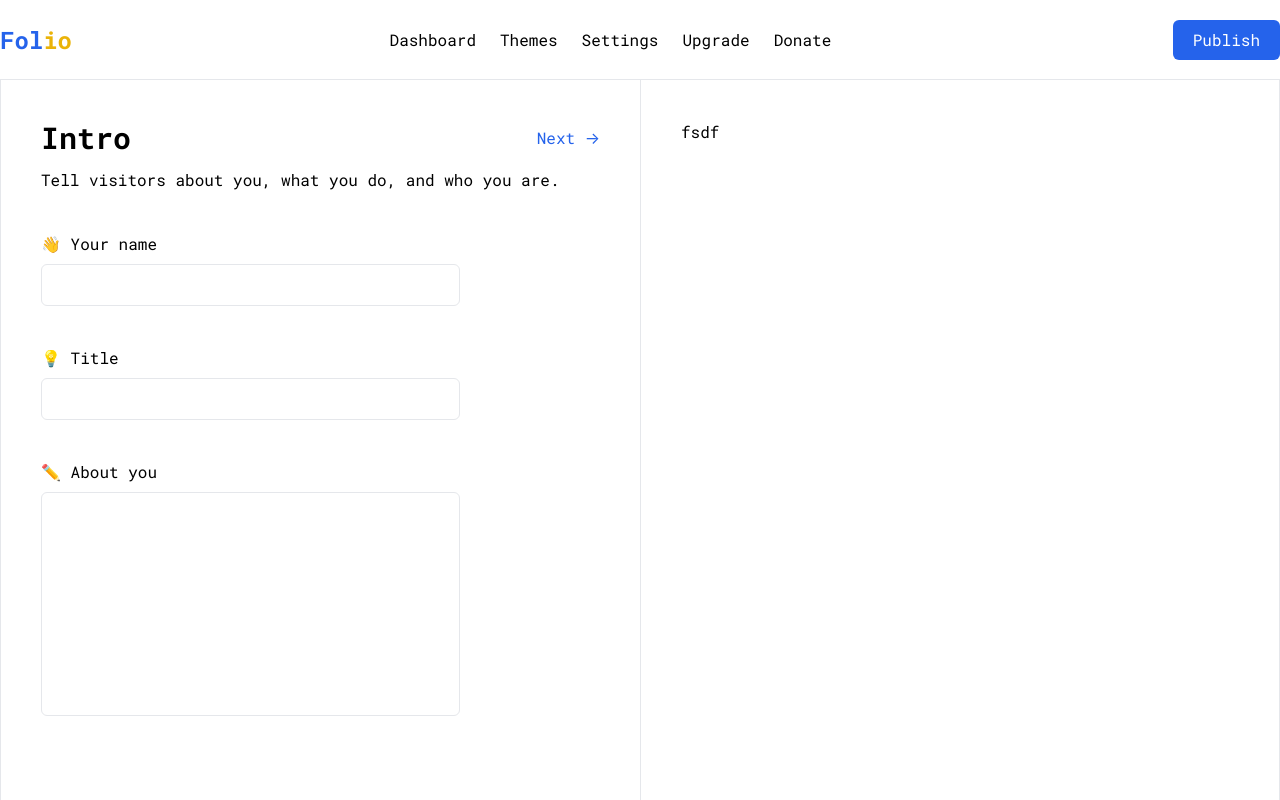
Repository: langford-dev/follio
Page: /
The author's editor kept a copy of each file at every save. The page is drawn from the files as they stood at one save, then again after the next save.
The browser window is 1280 px wide. The pictures show the whole page.
The project was rebuilt for these pictures with package versions that can differ from the ones it lists, and the page was loaded fresh each time. The framework's server and built-in components were replaced by stand-ins that run in the browser. Also part of the build but not shown: next.config.js, components/views/skillsView.js, components/views/socialsView.js.

Above is the page before, as saved 2022-03-19 11:45:34.

### pages/_app.js
import { AppProvider } from '../context/context'
import '../styles/globals.css'

function MyApp({ Component, pageProps }) {
  return <AppProvider>
    <Component {...pageProps} />
  </AppProvider>
}

export default MyApp

### pages/index.js
import EditView from '../components/body'
import Header from '../components/header'

export default function Home() {
  return <div>
    <Header />
    <EditView />
  </div>
}

### context/context.js
import { useState } from "react"
import { createContext, useEffect } from "react"

export const AppContext = createContext()

export const AppProvider = ({ children }) => {
    const [viewCount, setViewCount] = useState(0)
    const maxViewCount = 2

    const next = () => {
        setViewCount(viewCount + 1)
        console.log('next', viewCount)
    }

    const previous = () => {
        setViewCount(viewCount - 1)
        console.log('previous', viewCount)
    }

    return <AppContext.Provider value={{
        viewCount,
        next,
        previous,
        maxViewCount
    }}>
        {children}
    </AppContext.Provider>
}

### styles/globals.css
/* @import url('https://fonts.googleapis.com/css2?family=Poppins:wght@300;400;500;600;700;800&display=swap'); */
@import url('https://fonts.googleapis.com/css2?family=Roboto+Mono:wght@100;200;300;400;500;600;700&display=swap');

@tailwind base;
@tailwind components;
@tailwind utilities;


html,
body {
  /* background: #e2e8f013; */
  padding: 0;
  margin: 0;
}

a {
  color: inherit;
  text-decoration: none;
}

* {
  box-sizing: border-box;
  font-family: "Roboto Mono", -apple-system, BlinkMacSystemFont, Segoe UI, Roboto, Oxygen,
    Ubuntu, Cantarell, Fira Sans, Droid Sans, Helvetica Neue, sans-serif;
}

### components/body.js
import { useState, useContext } from "react"
import { AppContext } from "../context/context"
import { styles } from "../styles/styles"
import IntroView from "./views/introView"
import SkillsView from "./views/skillsView"
import SocialsView from "./views/socialsView"
import ViewTitle from "./viewTitle"

// const styles = {
//     pageView: `m-auto max-w-screen-xl h-screen pt-20`,
//     flexView: `flex h-screen`,
//     editingView: `w-1/2 p-10 border-l`,
//     preview: `border-l w-1/2 p-10 border-r`,
//     inputContainer: `flex flex-col mt-10`,
//     input: `border p-2 outline-none mt-2 w-9/12 rounded-md`,
//     textArea: `border p-2 outline-none mt-2 w-9/12 rounded-md resize-none h-56`,
//     label: ``,
// }

const EditView = () => {
    const { previous, next, viewCount } = useContext(AppContext)

    const dynamicViews = () => {
        switch (viewCount) {
            case 0:
                return <IntroView />
                break;

            case 1:
                return <SkillsView />
                break;

            case 2:
                return <SocialsView />
                break;

            default:
                break;
        }
    }

    return <div className={styles.pageView}>
        <div className={styles.flexView}>
            {dynamicViews()}
            <div className={styles.preview}>fsdf</div>
        </div>
    </div>
}

export default EditView

### components/header.js
import Link from "next/link"
import Logo from "./logo"

const styles = {
    header: `border-b h-20 bg-white fixed w-screen top-0 left-0`,
    headerWrapper: `m-auto max-w-screen-xl h-full flex items-center justify-between`,
    button: `select-none bg bg-blue-600 text-white h-10 px-5 flex items-center justify-center rounded-md cursor-pointer`,
    nav: `flex`,
    navLink: `mr-6 hover:text-blue-600 cursor-pointer`,
}

const Header = () => {
    return <header className={styles.header}>
        <div className={styles.headerWrapper}>
            <Logo />
            <nav className={styles.nav}>
                <Link passHref={true} href="/"><p className={styles.navLink}>Dashboard</p></Link>
                <Link passHref={true} href="/"><p className={styles.navLink}>Themes</p></Link>
                <Link passHref={true} href="/"><p className={styles.navLink}>Settings</p></Link>
                <Link passHref={true} href="/"><p className={styles.navLink}>Upgrade</p></Link>
                <Link passHref={true} href="/"><p className={styles.navLink}>Donate</p></Link>
            </nav>
            <div className="flex items-center">
                <div className={styles.button}>Publish</div>
            </div>
        </div>
    </header>
}

export default Header

### styles/styles.js
export const styles = {
    pageView: `m-auto max-w-screen-xl h-screen pt-20`,
    flexView: `flex h-screen`,
    editingView: `w-1/2 p-10 border-l`,
    preview: `border-l w-1/2 p-10 border-r`,
    inputContainer: `flex flex-col mt-10`,
    input: `border p-2 outline-none mt-2 w-9/12 rounded-md`,
    textArea: `border p-2 outline-none mt-2 w-9/12 rounded-md resize-none h-56`,
    label: ``,
}

### components/views/introView.js
import { styles } from "../../styles/styles"
import ViewTitle from "../viewTitle"

const IntroView = () => {
    return <div className={styles.editingView}>
        <ViewTitle title="Intro" subtitle="Tell visitors about you, what you do, and who you are." />

        <div className={styles.inputContainer}>
            <label className={styles.label}>👋 Your name</label>
            <input type="text" className={styles.input} />
        </div>
        <div className={styles.inputContainer}>
            <label className={styles.label}>💡 Title</label>
            <input type="text" className={styles.input} />
        </div>
        <div className={styles.inputContainer}>
            <label className={styles.label}>✏️ About you</label>
            <textarea type="text" className={styles.textArea} />
        </div>
    </div>
}

export default IntroView

### components/viewTitle.js
import { useContext } from "react"
import { AppContext } from "../context/context"

const styles = {
    title: `text-3xl font-bold`,
    textButton: `text-blue-600 cursor-pointer select-none`,
    pageTitleView: `flex items-center justify-between`,
}

const ViewTitle = ({ title, subtitle }) => {
    const { previous, next, viewCount, maxViewCount } = useContext(AppContext)

    return <div>
        <div className={styles.pageTitleView}>
            <p className={styles.title}>{title}</p>
            <div className="flex">
                {
                    viewCount > 0 ? <p className={styles.textButton} onClick={() => previous()}>&larr; Previous</p> : <div></div>
                }

                {
                    viewCount < maxViewCount ? <div className="flex">
                        <div className="mx-7" />
                        <p className={styles.textButton} onClick={() => next()}>Next &rarr;</p>
                    </div> : <div></div>
                }
            </div>
        </div>
        <p className="mt-3 mb-5">{subtitle}</p>
    </div>
}

export default ViewTitle

### components/logo.js
const Logo = () => {
    return <p className="font-bold text-2xl text-blue-600">Fol<span className="text-yellow-500">io</span></p>
}

export default Logo

Loaded but not shown: tailwind.config.js (common file)

After the next save:
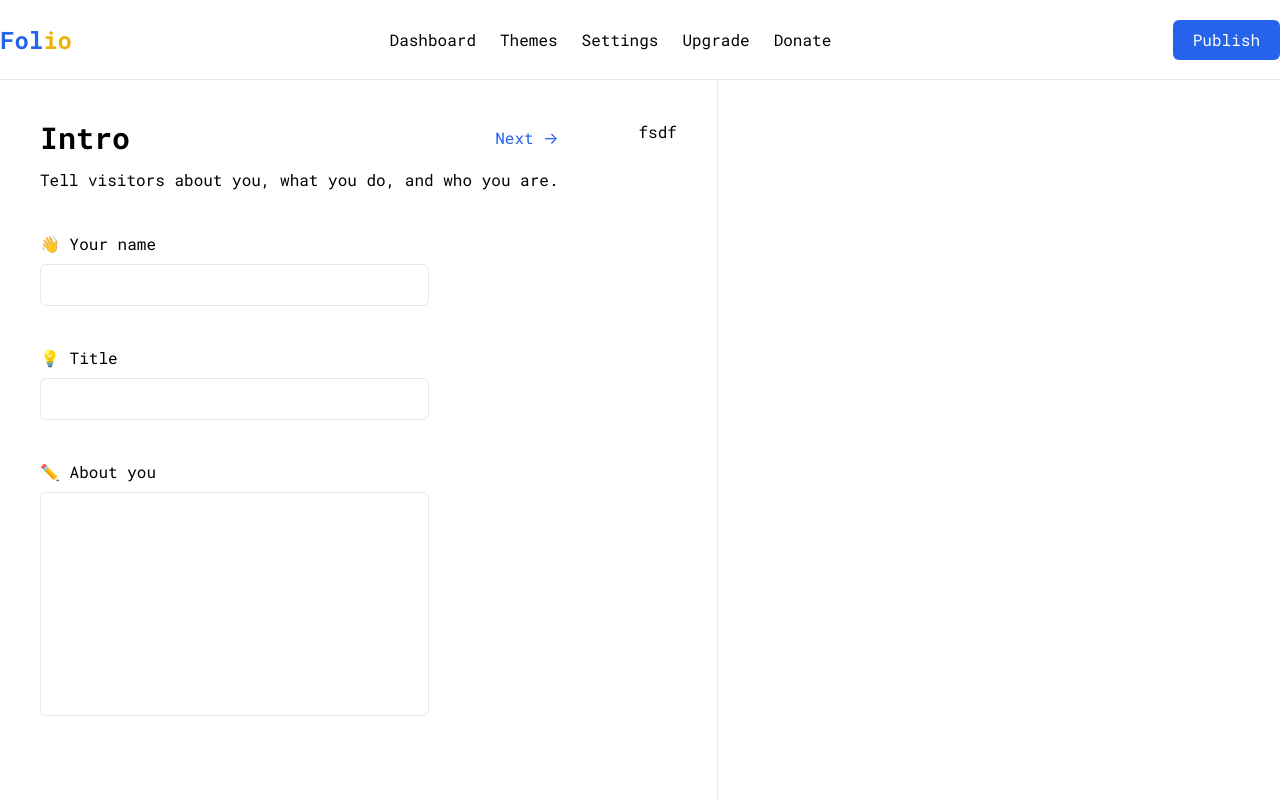
Saved 9 s later.
--- a/components/body.js
+++ b/components/body.js
@@ -5,17 +5,6 @@ import IntroView from "./views/introView"
 import SkillsView from "./views/skillsView"
 import SocialsView from "./views/socialsView"
 import ViewTitle from "./viewTitle"
-
-// const styles = {
-//     pageView: `m-auto max-w-screen-xl h-screen pt-20`,
-//     flexView: `flex h-screen`,
-//     editingView: `w-1/2 p-10 border-l`,
-//     preview: `border-l w-1/2 p-10 border-r`,
-//     inputContainer: `flex flex-col mt-10`,
-//     input: `border p-2 outline-none mt-2 w-9/12 rounded-md`,
-//     textArea: `border p-2 outline-none mt-2 w-9/12 rounded-md resize-none h-56`,
-//     label: ``,
-// }
 
 const EditView = () => {
     const { previous, next, viewCount } = useContext(AppContext)
